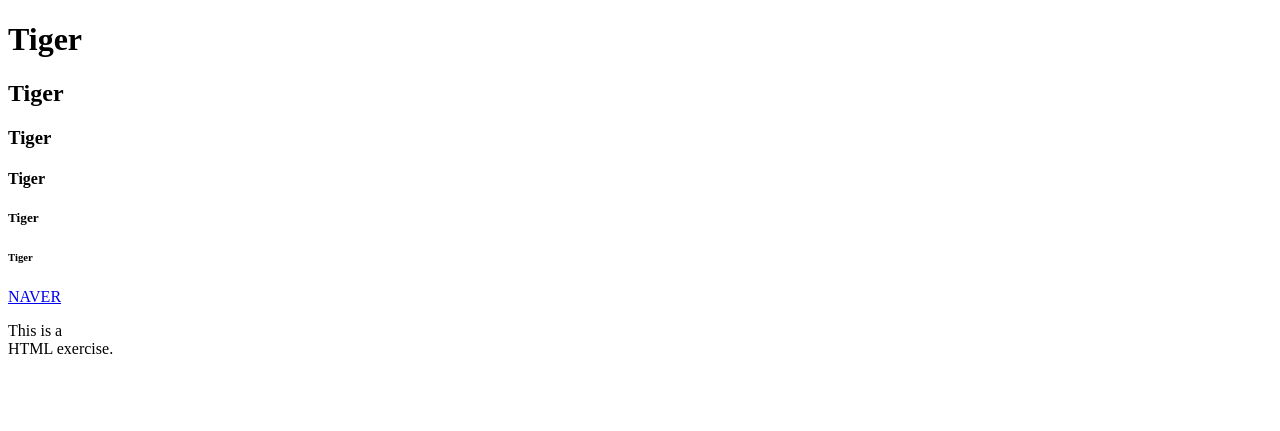
Repository: soobin10236/Class
Page: Web02/src/main/webapp/index.html
The author's editor kept a copy of each file at every save. The page is drawn from the files as they stood at one save, then again after the next save.
The browser window is 1280 px wide. The pictures show the whole page.

Above is the page before, as saved 2021-09-06 04:54:17.

After the next save:
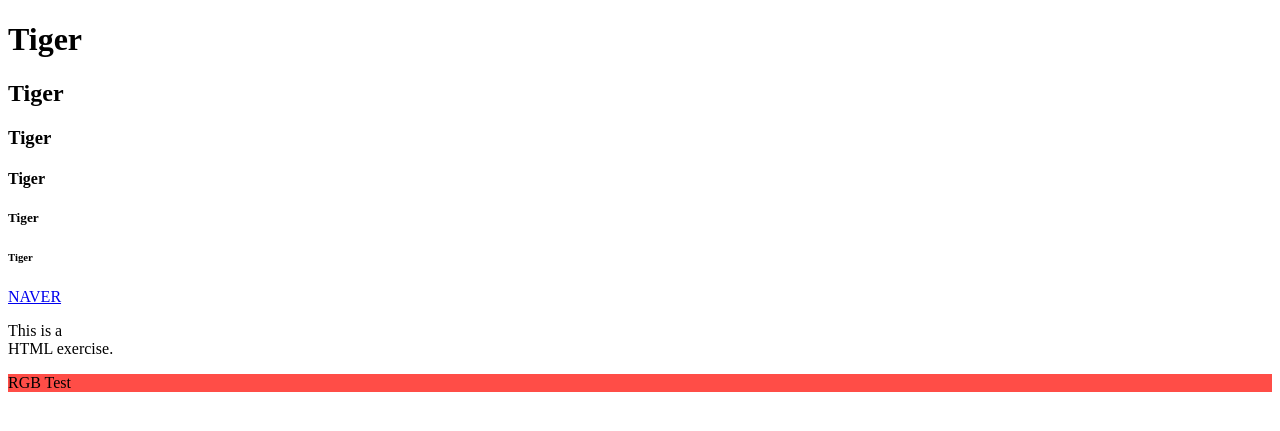
Saved 6 min 0 s later.
--- a/Web02/src/main/webapp/index.html
+++ b/Web02/src/main/webapp/index.html
@@ -13,5 +13,7 @@
 	<h6>Tiger</h6>
 	<a href="https://www.naver.com">NAVER</a>
 	<p>This is a <br/> HTML exercise.</p>
+	<!-- Ctrl + Shift + / -->
+	<div style="background:rgb(255,77,71)">RGB Test</div>
 </body>
 </html>
